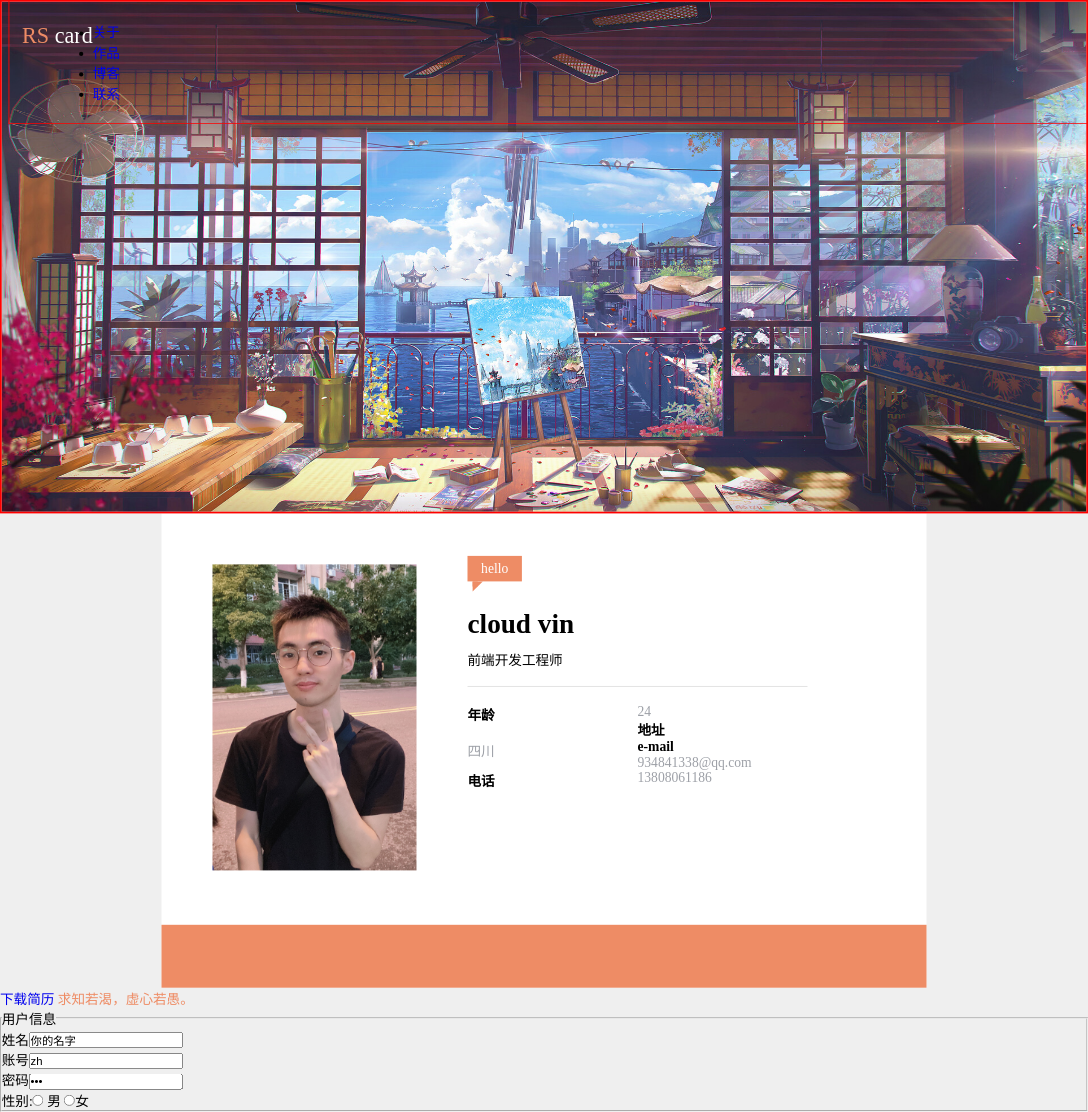
Repository: CloudVin/MyResume
Page: resume.html
The author's editor kept a copy of each file at every save. The page is drawn from the files as they stood at one save, then again after the next save.
The browser window is 1280 px wide. The pictures show the whole page, at 85% of full size.

Above is the page before, as saved 2020-07-05 18:38:22.

### resume.html
<!DOCTYPE html>
<html lang="en">

<head>
    <meta charset="UTF-8">
    <meta name="viewport" content="width=device-width, initial-scale=1.0">
    <title>my resume</title>
    <link rel="stylesheet" href="./style/a.css">
    <script>
        function uncheck() {
            var radio = document.getElementById("nan");
            if (radio.tag == 1) {
                radio.checked = false;
                radio.tag = 0;
            } else {
                radio.checked = true;
                radio.tag = 1;
            }
        }
    </script>
    <script src="http://at.alicdn.com/t/font_1923572_6s8jjadjos.js"></script>
    <style type="text/css">
        .icon {
            width: 1em;
            height: 1em;
            vertical-align: -0.15em;
            fill: currentColor;
            overflow: hidden;
        }
    </style>
</head>

<body>
    <div class="topNavBar clearfix">

        <a class="logo" href="#" alt="logo" style="float:left;">
            <span class="rs">RS</span>
            <span class="card">card</span>
        </a>

            <nav style="float: left;">

                <ul class="clearfix">
                    <li><a href="#">关于</a>
                    </li>
                    <li><a href="#">作品</a>
                    </li>
                    <li><a href="#">博客</a>
                    </li>
                    <li><a href="#">联系</a>
                    </li>
                </ul>
            </nav>


    </div>
    <div class="banner">
        <div class="mask"></div>
    </div>
    <main>
        <div class="userCard">
            <div class="pictureAndText clearfix">
                <div class="picture">
                    <img class="avatar" src="./img/avatar.jpg" alt="头像">
                </div>
                <div class="text">
                    <div class="profile">
                        <span class="welcome">hello</span>
                        <div class="triangle"></div>
                        <h1>cloud vin</h1>
                        <p>前端开发工程师</p>
                        <hr />
                        <dl>
                            <dt>年龄</dt>
                            <dd>24</dd>
                            <dt>地址</dt>
                            <dd>四川</dd>
                            <dt>e-mail</dt>
                            <dd>934841338@qq.com</dd>
                            <dt>电话</dt>
                            <dd>13808061186</dd>
                        </dl>
                    </div>
                </div>
            </div>
            <footer class="media">
                <a href="#">
                    <svg class="icon" aria-hidden="true">
                        <use xlink:href="#icon-github"></use>
                    </svg>
                </a>
                <a href="#">
                    <svg class="icon" aria-hidden="true">
                        <use xlink:href="#icon-wechat"></use>
                    </svg>
                </a>
                <a href="#">
                    <svg class="icon" aria-hidden="true">
                        <use xlink:href="#icon-ego-blog"></use>
                    </svg>
                </a>
            </footer>
        </div>
        <a class="button" href="#">下载简历</a>
        <a class="test1" href="#">
            求知若渴，虚心若愚。
        </a>
    </main>
    <form>

        <fieldset>
            <legend>用户信息</legend>
            姓名<input type="text" value="你的名字"><br>
            账号<input value="zh"><br>
            密码<input type="password" value="pwd"><br>
            性别:<input type="radio" id="nan" name="radio1" value="male" onclick="uncheck()">
            <lable for="nan">男</lable>
            <input type="radio" id="nv" name="radio1" value="female" onclick="uncheck()"><label for="nv">女</label>
        </fieldset>
    </form>

</body>

</html>

### style/a.css
.clearfix::after{
    content: "";
    display: block;
    clear: both;
}
body{
    background-color: #efefef;
    margin: 0;

}
a{
    text-decoration: none;

}
*{
    margin: 0;
    padding: 0;
}
hr{
    height: 0;
    border: none;
    border-top:1px solid  #dedede;
}
.topNavBar .NavBar nav > ul{
    list-style: none;
    margin: 0;
    padding: 0;
}
.topNavBar .NavBar nav > ul > li{
    float: left;
    margin-left: 17px;
    margin-right: 17px;
}
.topNavBar .NavBar nav >ul >li >a{
    font-size : 16px;
    color: white;
    text-decoration: none;
    font-weight: bold;
    border-top: 3px solid transparent;
    border-bottom: 3px solid transparent;
    padding-top: 5px;
    padding-bottom: 5px;
    display: block;
}
.topNavBar .NavBar nav > ul>li>a:hover{
    border-bottom:3px solid #ee8c65;
}
.topNavBar{
    position:fixed;
    width: 100%;
    margin: 0px 10px;
    padding:24px 15px;
    z-index: 2;
    top: 0px;
    left: 0px;
    border:1px solid red;

}

.topNavBar .logo{

    font-family: "Cooper Black";
    font-size: 26px;
    padding-top: 3px;
    padding-bottom: 4px;
}
.topNavBar .logo .rs{

    color: #ee8c65;
}
.topNavBar .logo .card{
    color: white;
}
.banner{
    height: 600px;
    background-image: url(./img/ms1.jpg) ;
    background-size:100% 100%;
    z-index: 1;
    position: relative;
    border: 2px solid red;
    margin: 0px;
}
/* .banner .mask{
    height: 600px;
    background-color: rgba(0,0,0,0.5);
} */
.userCard{

    max-width: 900px;

    margin-left: auto;
    margin-right: auto;
    background-color: #ffffff;
}
.avatar{
    height: 360px;
    width: 240px;
    padding: 10px;
}
.welcome{
    background-color: #ee8c65;
    color: white;
    display: inline-block;
    padding: 4px 16px;
    line-height: 22px;
    position: relative;
}
.triangle{
    border:6px solid #ee8c65;
    width: 0px;
    height: 0px;
    border-right-color: transparent;
    border-bottom-color: transparent;
    position: relative;
    left: 6px;
}
.userCard .picture{
    float: left;
}
.userCard .text{
    float: left;
    margin-left: 50px;
    width: 400px;
}
.userCard .pictureAndText{
    padding: 50px;
}
.userCard h1{
    margin-top: 20px;
    margin-bottom: 10px;
}
.userCard .text hr{
margin: 20px 0;
}
.userCard dl dt{
    float: left;
    width: 50%;
    font-weight:bold ;
}
.userCard dl dd{
    float: left;
    width: 50%;
    color: #9da0a7;
}


.userCard .media{
    background-color: #ee8c65;
    text-align: center;
}
.userCard svg{
    width: 30px;
    height: 30px;
    fill: white;
    margin: 10px 10px;
}
.userCard .media a{
    border: 1px solid transparent;
    display: inline-block;
    border-radius: 50%;
    margin: 10px 10px;
}
.userCard .media a:hover{
    background-color: #CF5D5F;
}


.test1{
    cursor: pointer;
    color: #ee8c65;
}
.test1:visited{
    color:pink;
}
.test1:hover{
    color: greenyellow;
    text-decoration: underline;
}

.test1:active{
    color: aqua;
}

After the next save:
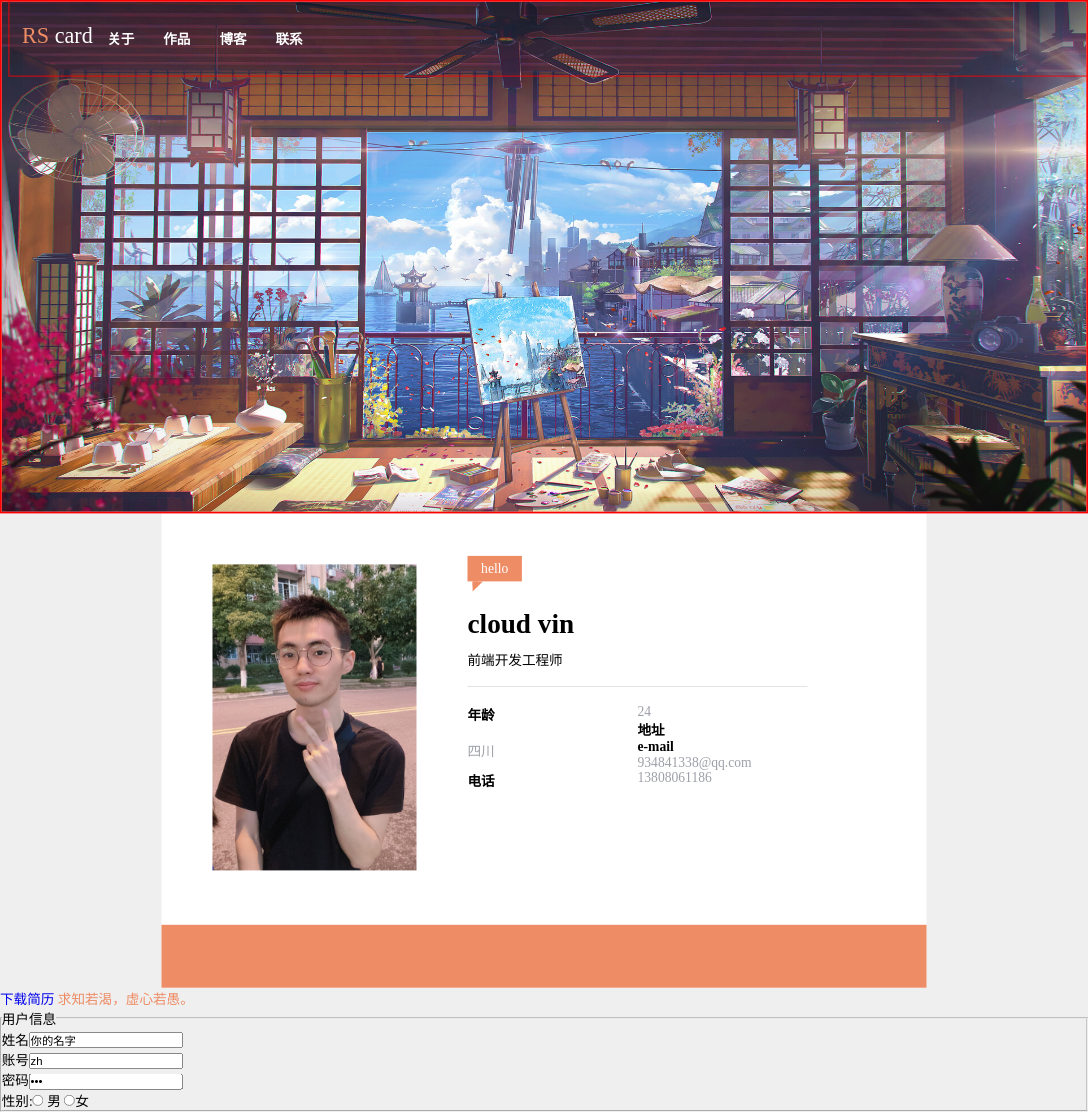
Saved 71 s later.
--- a/style/a.css
+++ b/style/a.css
@@ -21,17 +21,17 @@
     border: none;
     border-top:1px solid  #dedede;
 }
-.topNavBar .NavBar nav > ul{
+.topNavBar  nav > ul{
     list-style: none;
     margin: 0;
     padding: 0;
 }
-.topNavBar .NavBar nav > ul > li{
+.topNavBar  nav > ul > li{
     float: left;
     margin-left: 17px;
     margin-right: 17px;
 }
-.topNavBar .NavBar nav >ul >li >a{
+.topNavBar  nav >ul >li >a{
     font-size : 16px;
     color: white;
     text-decoration: none;
@@ -42,7 +42,7 @@
     padding-bottom: 5px;
     display: block;
 }
-.topNavBar .NavBar nav > ul>li>a:hover{
+.topNavBar  nav > ul>li>a:hover{
     border-bottom:3px solid #ee8c65;
 }
 .topNavBar{
